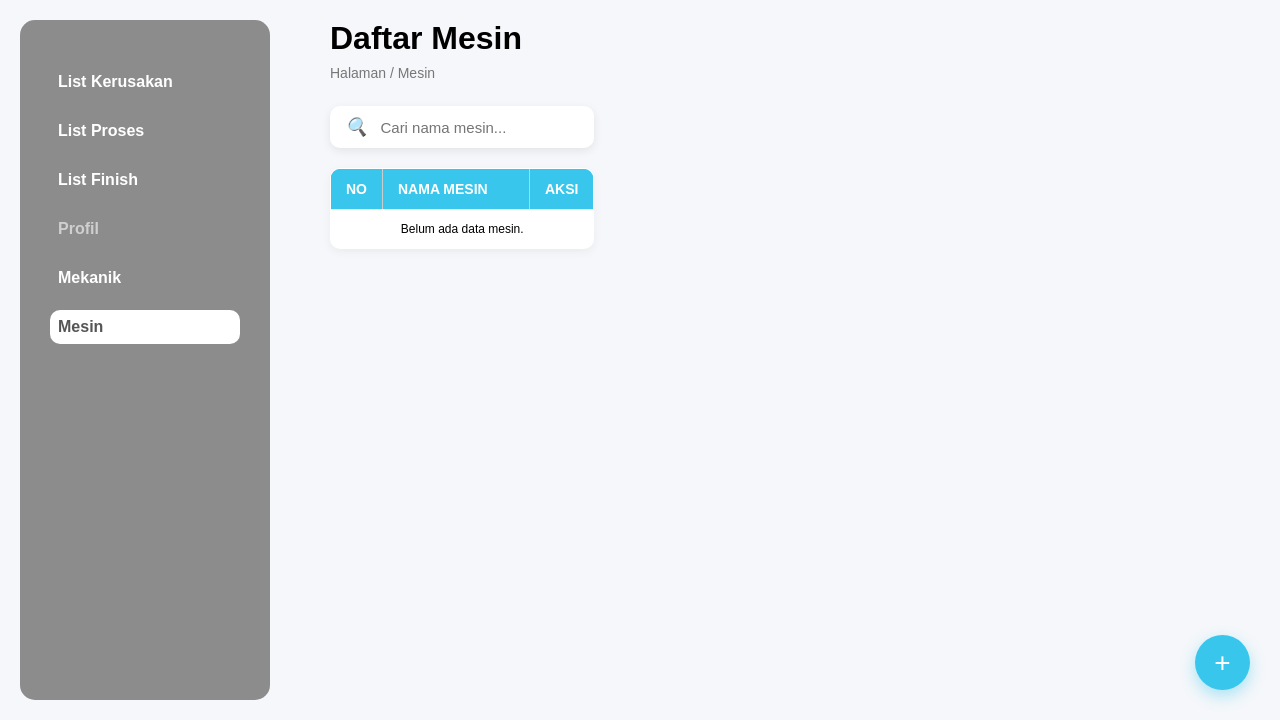
Repository: 1rHub/maintenance
Page: http://localhost/mesin.php
The author's editor kept a copy of each file at every save. The page is drawn from the files as they stood at one save, then again after the next save.
The browser window is 1280 px wide. The pictures show the whole page.
The page is run by PHP 8.4 with error messages shown; the project is at /var/www/html/. Queries for data that is not in the repository find no rows.

Above is the page before, as saved 2025-10-20 09:06:31.

After the next save:
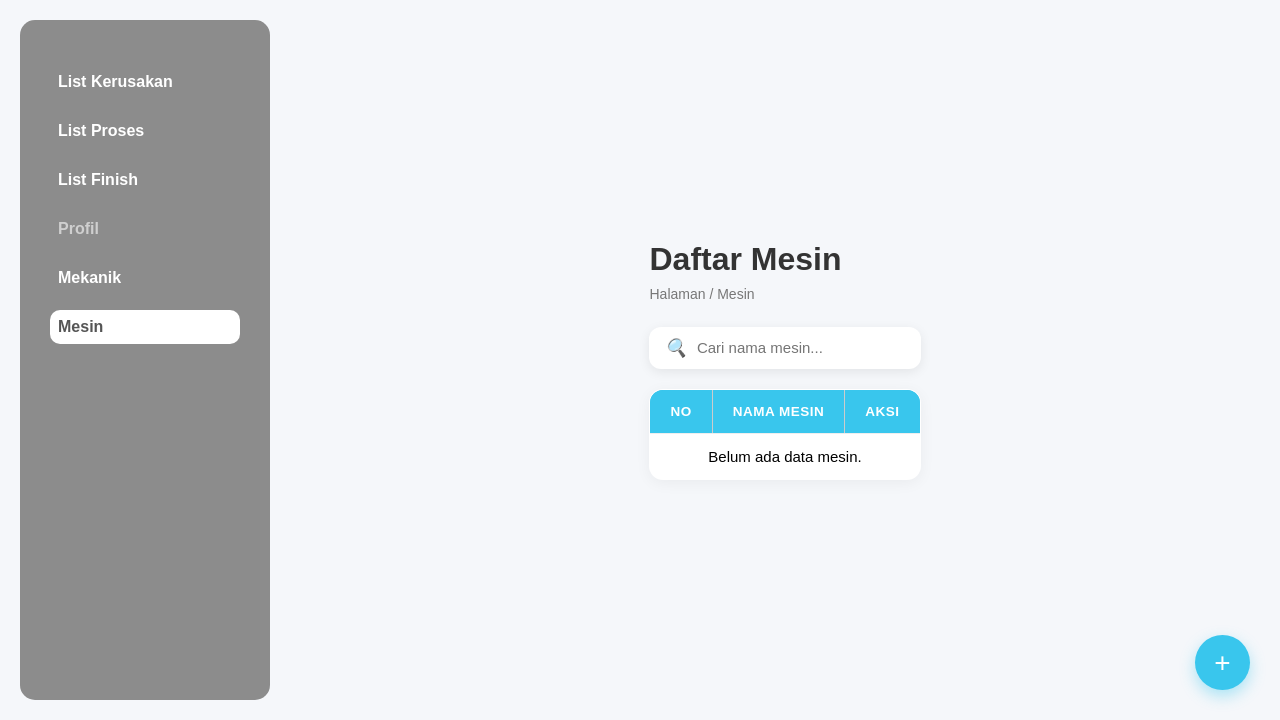
Saved 101 s later.
--- a/mesin.php
+++ b/mesin.php
@@ -34,14 +34,18 @@ $mesin_list = mysqli_fetch_all($result, MYSQLI_ASSOC);
     <style>
         body {
             background: #f5f7fa;
+            font-family: "Poppins", sans-serif;
         }
 
         .container {
-            padding: 20px 40px;
+            padding: 30px 60px;
+            max-width: 1200px;
+            margin: auto;
         }
 
         h1 {
             margin-bottom: 8px;
+            color: #333;
         }
 
         .breadcrumb {
@@ -53,13 +57,13 @@ $mesin_list = mysqli_fetch_all($result, MYSQLI_ASSOC);
         /* Search bar */
         .search-box {
             width: 100%;
-            max-width: 400px;
-            margin-bottom: 15px;
+            max-width: 450px;
+            margin-bottom: 20px;
             display: flex;
             align-items: center;
             background: white;
-            border-radius: 10px;
-            box-shadow: 0 3px 10px rgba(0,0,0,0.08);
+            border-radius: 12px;
+            box-shadow: 0 3px 12px rgba(0,0,0,0.08);
             padding: 10px 15px;
         }
 
@@ -68,14 +72,14 @@ $mesin_list = mysqli_fetch_all($result, MYSQLI_ASSOC);
             border: none;
             outline: none;
             font-size: 15px;
-            padding-left: 5px;
             background: transparent;
+            color: #333;
         }
 
         .search-box i {
             color: #39c6ed;
             font-size: 18px;
-            margin-right: 8px;
+            margin-right: 10px;
         }
 
         /* Tabel */
@@ -83,39 +87,28 @@ $mesin_list = mysqli_fetch_all($result, MYSQLI_ASSOC);
             width: 100%;
             border-collapse: collapse;
             background: white;
-            border-radius: 10px;
+            border-radius: 14px;
             overflow: hidden;
-            box-shadow: 0 3px 10px rgba(0,0,0,0.05);
+            box-shadow: 0 3px 15px rgba(0,0,0,0.05);
         }
 
         th, td {
-            padding: 12px 15px;
+            padding: 14px 20px;
             text-align: left;
             border-bottom: 1px solid #eee;
+            font-size: 15px;
         }
 
         th {
             background: #39c6ed;
             color: white;
             text-transform: uppercase;
-            font-size: 14px;
+            font-size: 13.5px;
+            letter-spacing: 0.5px;
         }
 
         tr:hover td {
-            background: #f0fbff;
-        }
-
-        td .hapus-btn {
-            background: transparent;
-            border: none;
-            color: #e74c3c;
-            font-size: 18px;
-            cursor: pointer;
-            transition: 0.2s;
-        }
-
-        td .hapus-btn:hover {
-            transform: scale(1.2);
+            background: #f7fdff;
         }
 
         td a {
@@ -127,6 +120,23 @@ $mesin_list = mysqli_fetch_all($result, MYSQLI_ASSOC);
 
         td a:hover {
             color: #39c6ed;
+        }
+
+        /* Tombol hapus */
+        .hapus-btn {
+            background: #ff4d4d;
+            color: white;
+            border: none;
+            border-radius: 6px;
+            padding: 6px 12px;
+            font-size: 14px;
+            cursor: pointer;
+            transition: 0.2s;
+        }
+
+        .hapus-btn:hover {
+            background: #d93c3c;
+            transform: scale(1.05);
         }
 
         /* Floating button */
@@ -156,6 +166,7 @@ $mesin_list = mysqli_fetch_all($result, MYSQLI_ASSOC);
             width: 100%;
             max-width: 400px;
             text-align: center;
+            border-radius: 12px;
         }
 
         .popup-content h2 {
@@ -208,9 +219,9 @@ $mesin_list = mysqli_fetch_all($result, MYSQLI_ASSOC);
         <table id="mesinTable">
             <thead>
                 <tr>
-                    <th style="width:5%;">No</th>
+                    <th style="width:8%;">No</th>
                     <th>Nama Mesin</th>
-                    <th style="width:10%;">Aksi</th>
+                    <th style="width:15%; text-align:center;">Aksi</th>
                 </tr>
             </thead>
             <tbody>
@@ -223,7 +234,7 @@ $mesin_list = mysqli_fetch_all($result, MYSQLI_ASSOC);
                                     <?= htmlspecialchars($m['nama_mesin']) ?>
                                 </a>
                             </td>
-                            <td>
+                            <td style="text-align:center;">
                                 <button class="hapus-btn" onclick="hapusMesin(event, <?= $m['id'] ?>)">Hapus</button>
                             </td>
                         </tr>
